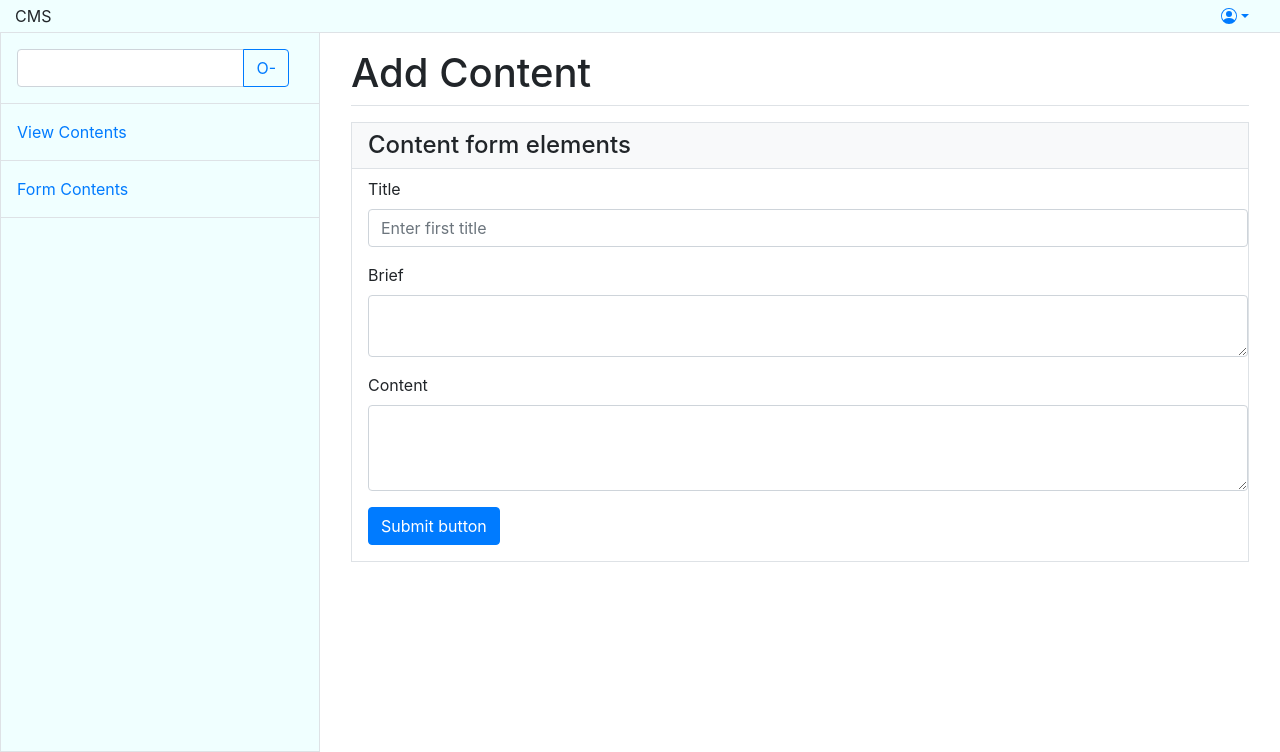
Repository: Thiuannh/springboot
Page: http://localhost/JACKMVC/WEB-INF/views/form-conten.jsp
An editor plug-in stored every save of this project. The page is shown before and after the next save, followed by the edit.
The browser window is 1280 px wide. The pictures show the whole page.
The page is served by Tomcat 9. Nobody is signed in. The template is opened directly, without the code that normally fills it, so the values that code supplies are empty.

Above is the page before, as saved 2022-11-21 18:22:18.

After the next save:
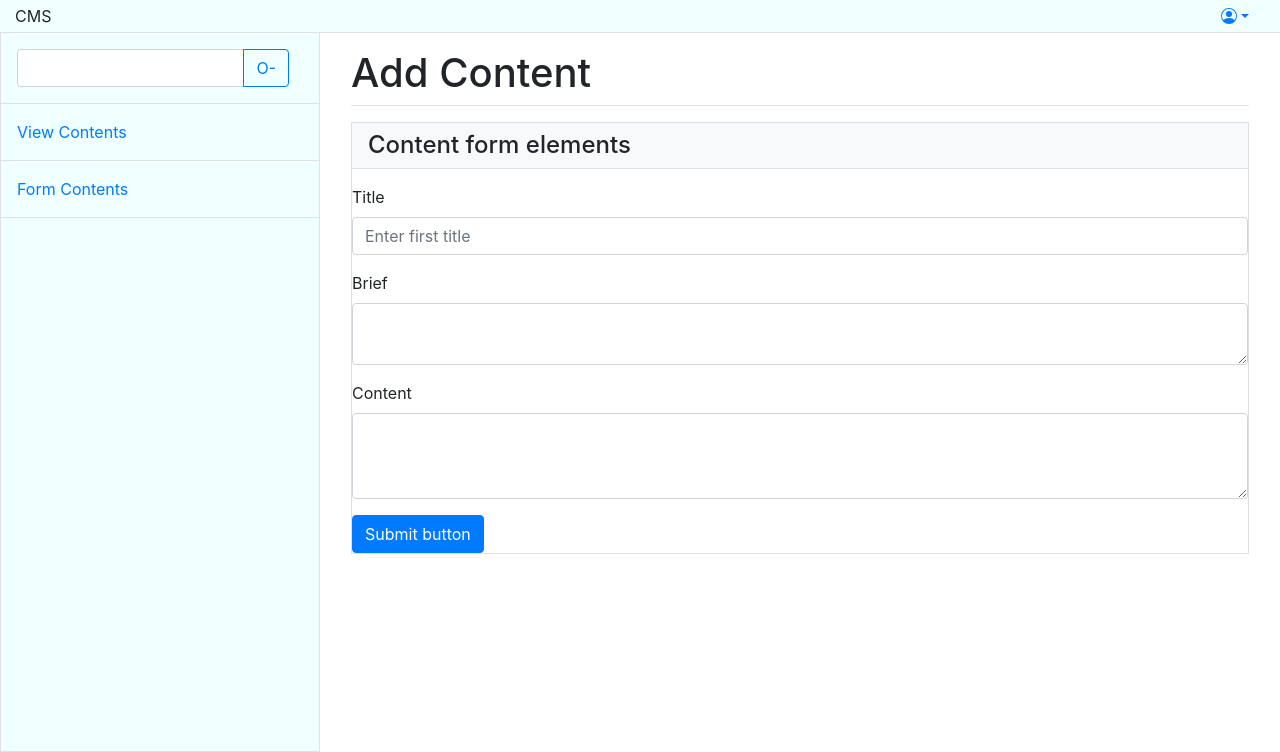
Saved 10 s later.
--- a/JACKMVC/src/main/webapp/WEB-INF/views/form-conten.jsp
+++ b/JACKMVC/src/main/webapp/WEB-INF/views/form-conten.jsp
@@ -80,7 +80,7 @@
 					<div class="edit-form m-3 border">
 						<h4 class="py-2 pl-3 border-bottom bg-light">Content form
 							elements</h4>
-						<form class="ml-3 mb-3" modelAttribute="Content">
+						<form:form class="ml-3 mb-3" modelAttribute="Content" />
 							<div class="form-group">
 								<label for="firstName">Title</label> <form:input type="text"
 									class="form-control" id="firstName"

After the 2 saves that followed:
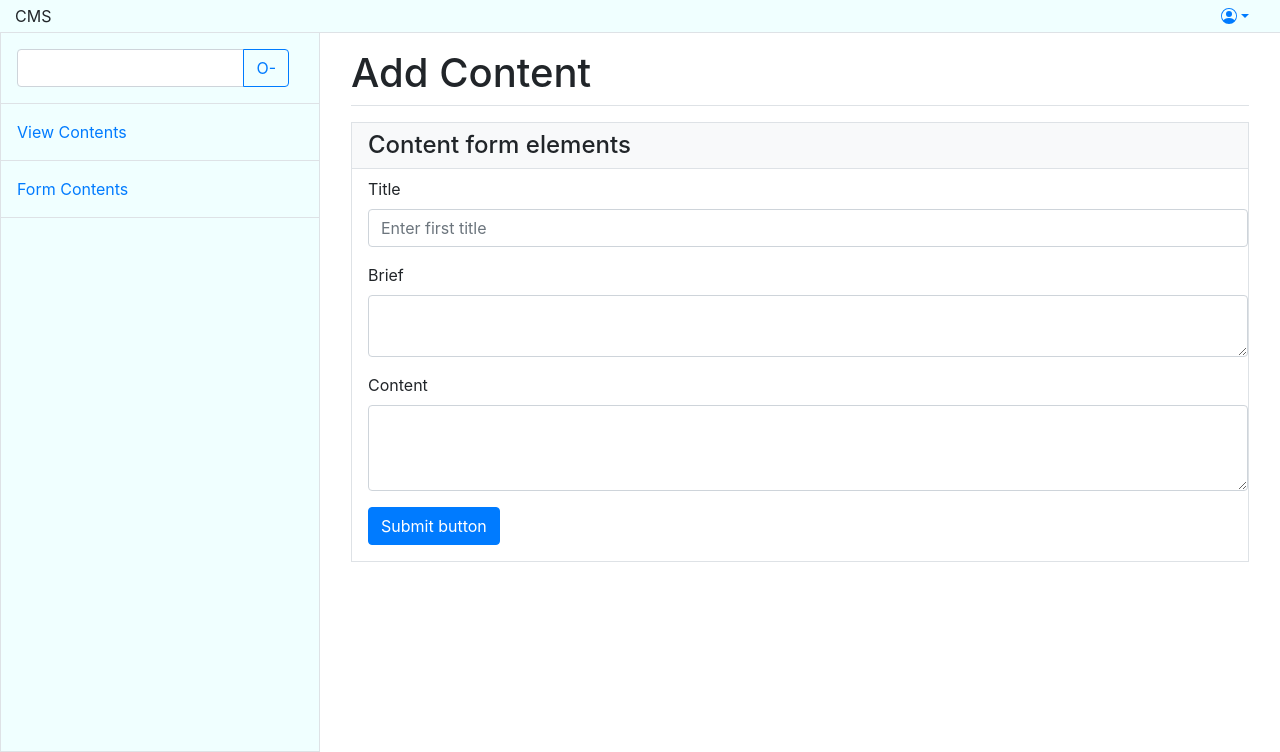
The 2 saves are shown as one change because 1 did not build or start.
The last was saved 62 s later.
--- a/JACKMVC/src/main/webapp/WEB-INF/views/form-conten.jsp
+++ b/JACKMVC/src/main/webapp/WEB-INF/views/form-conten.jsp
@@ -80,7 +80,7 @@
 					<div class="edit-form m-3 border">
 						<h4 class="py-2 pl-3 border-bottom bg-light">Content form
 							elements</h4>
-						<form:form class="ml-3 mb-3" modelAttribute="Content" />
+						<form:form class="ml-3 mb-3" modelAttribute="Content">
 							<div class="form-group">
 								<label for="firstName">Title</label> <form:input type="text"
 									class="form-control" id="firstName"
@@ -100,7 +100,7 @@
 							</div>
 							<button type="submit" class="btn btn-primary">Submit
 								button</button>
-						</form>
+						</form:form>
 					</div>
 
 
